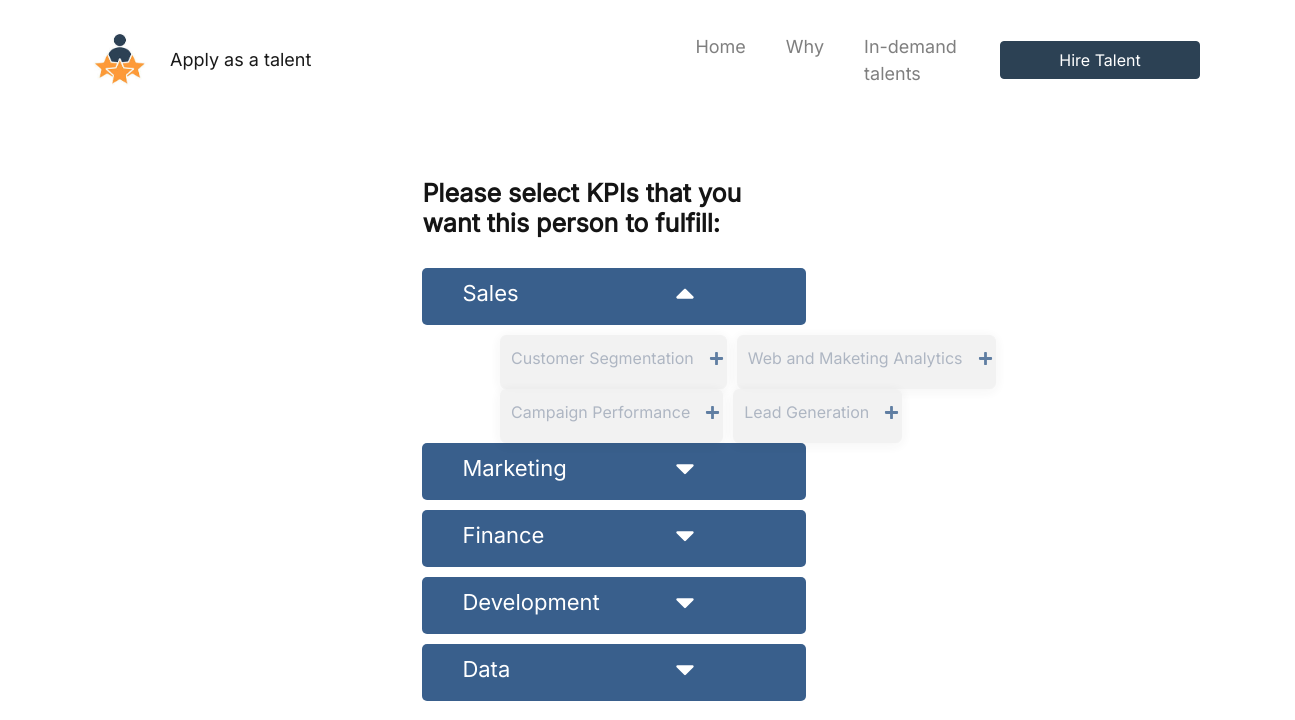
Repository: Ashwe9/talent-hire-reactJs
Page: /kpis, after clicking the first element matching `div.dropdown-box`
An editor plug-in stored every save of this project. The page is shown before and after the next save, followed by the edit.
The browser window is 1280 px wide. The page is 1295 px wide, then 1280 px, so the pictures cover 1295 px, including what lies to the right of the window. The pictures show the whole page.
The project was rebuilt for these pictures with package versions that can differ from the ones it lists, and the page was loaded fresh each time. A package was used in the major version that the imports need, not the one package.json lists. Also part of the build but not shown: src/homePage/components/TrustedBy/TrustedBy.css, src/homePage/components/TrustedBy/TrustedBy.js, src/homePage/components/Roles/Roles.css, src/homePage/components/Roles/Roles.js, src/homePage/components/homePageFooter/HomePageFooter.css, src/homePage/components/homePageFooter/HomePageFooter.js, src/homePage/HomePage.js, src/projectDetails/ProjectDetails.js.

Above is the page before, as saved 2022-08-18 17:37:21.

After the next save:
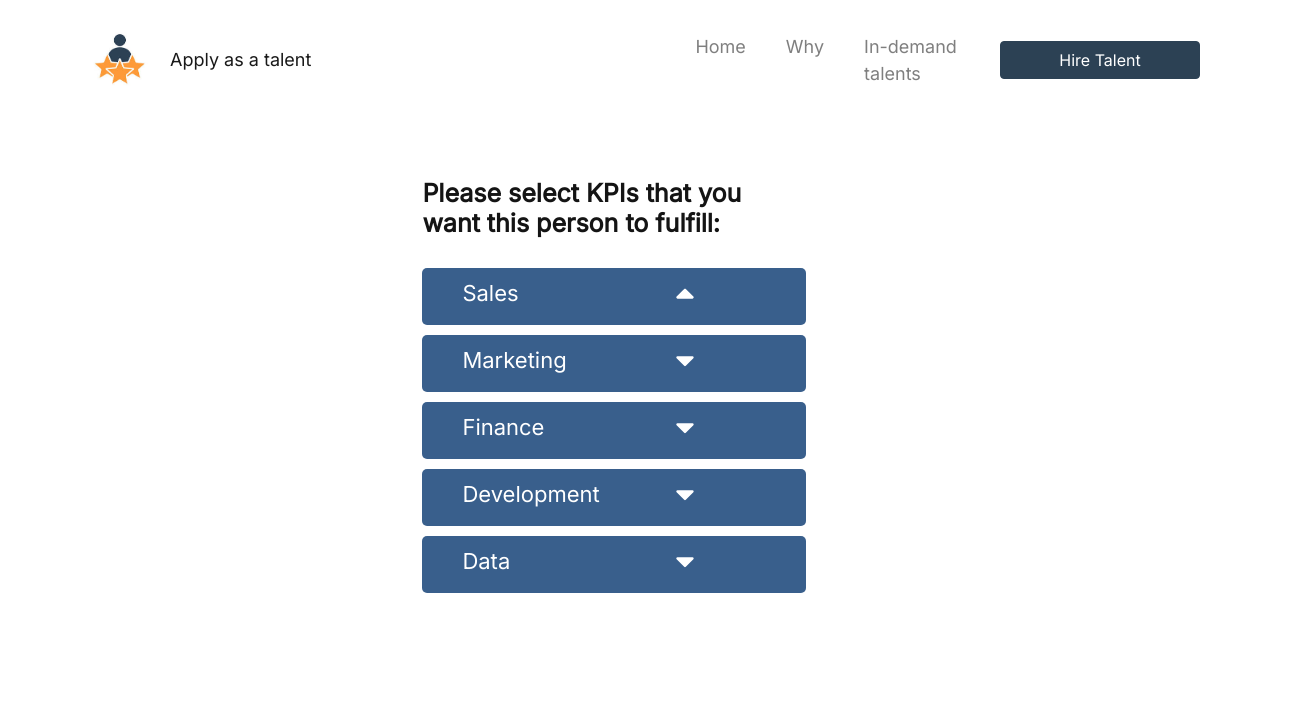
Saved 86 s later.
--- a/src/kpisPage/Talents.js
+++ b/src/kpisPage/Talents.js
@@ -52,7 +52,7 @@ const Talents = ({title}) => {
                   <a> { checked_5%2===0 ? <FaPlus id='icons' size={15}  /> : <FaMinus id='icons' size={15}  />}</a>
               </div>
             </div>
-          </form> : <form className='check-form'>
+          </form> : console.log(title) /*{<form className='check-form'>
             <div className='row'>
               <div className={`${checked_1%2===1 ? "talent-item-active" : "talent-item"}`} onClick={incrementCount1}>
                 <label className={`${checked_1%2===1 ? "talent-item-paragraph-active" : "talent-item-paragraph"}`}>Customer Segmentation</label>
@@ -73,7 +73,7 @@ const Talents = ({title}) => {
                   <a> { checked_4%2===0 ? <FaPlus id='icons' size={15}  /> : <FaMinus id='icons' size={15}  />}</a>
                 </div>
             </div>
-          </form>}
+    </form>*/}
         </div>
 
       )
